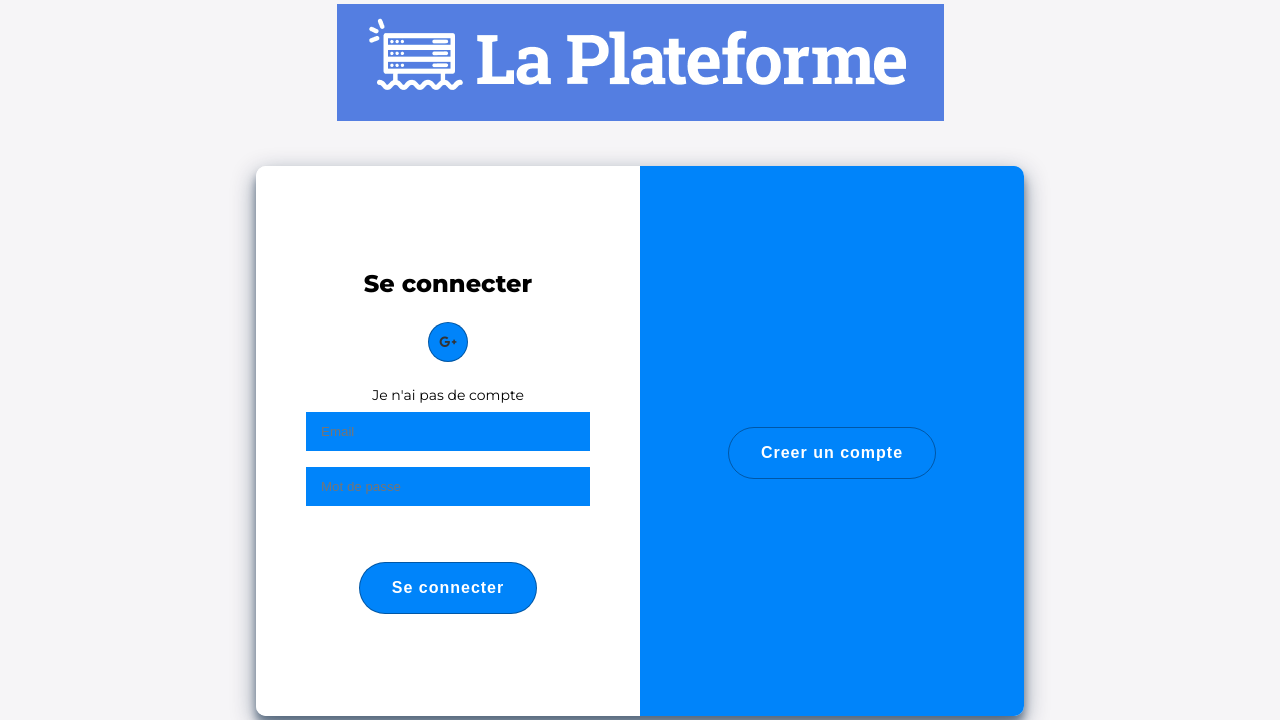
Repository: karim-sebih/runtrackJs
Page: bigjob/index.html
The author's editor kept a copy of each file at every save. The page is drawn from the files as they stood at one save, then again after a run of saves.
The browser window is 1280 px wide. The pictures show the whole page.
Some web libraries are served in a nearby version.

Above is the page before, as saved 2025-03-21 08:52:34.

### bigjob/index.html
<!DOCTYPE html>
<html lang="fr">

<head>
	<meta charset="utf-8" />
	<title>formulaire</title>
	<link rel="stylesheet" href="./Css/index.css" />
	<link rel="stylesheet" href="https://cdnjs.cloudflare.com/ajax/libs/font-awesome/5.14.0/css/all.min.css" />
</head>

<body>
    <div class="logo" >

        <img src="/asset/logo-laplateforme-2024.png" alt="logo laplateforme">
    </div>
	<div class="container" id="container">
		<div class="form-container sign-up-container">
			<form action="#">
				<h1>Creer un compte</h1>
				<div class="social-container">

					<a href="#"><i class="fab fa-google-plus-g"></i></a>

				</div>
				<span>Utiliser compte gmail</span>
				<input type="text" placeholder="Nom">
				<input type="email" placeholder="Email">
				<input type="password" placeholder="Mot de passe">
                <input type="password" placeholder="Vérifié le mot de passe">
				<button>Creer le compte</button>
			</form>
		</div>
		<div class="form-container login-container">
			<form action="#">
				<h1>Se connecter</h1>
				<div class="social-container">

					<a href="#"><i class="fab fa-google-plus-g"></i></a>

				</div>
				<span>Je n'ai pas de compte</span>
				<input type="email" placeholder="Email">
				<input type="password" placeholder="Mot de passe">
				<a href=""></a> <button>Se connecter</button>
			</form>
		</div>

		<div class="overlay-container">
			<div class="overlay">
				<div class="overlay-panel overlay-left">

					<button class="ghost" id="login">Se connecter</button>
				</div>
				<div class="overlay-panel overlay-right">
					<button class="ghost" id="signUp">Creer un compte</button>
				</div>
			</div>
		</div>
	</div>

	<script src="/js/script.js" charset="utf-8"></script>
</body>

</html>

### bigjob/css/index.css
@import url('https://fonts.googleapis.com/css?family=Montserrat:400,800');

* {
	box-sizing: border-box;
	margin: 0;
	padding: 0;
}

body {
	background: #f6f5f7;
	display: flex;
	justify-content: center;
	align-items: center;
	flex-direction: column;
	font-family: 'Montserrat', sans-serif;
	height: 100vh;
}

.logo {
    display: flex;
    align-content: center;
    justify-content: center;
    margin-bottom:45px ;
}


.container{
	position: relative;
	overflow: hidden;
	min-height: 550px;
	width: 768px;
	max-width: 100%;
	background-color: #fff;
	border-radius: 10px;
	box-shadow: 0 8px 24px  rgba(0, 32, 63, .45),
		  0 8px 8px rgba(0, 32, 63, .45);
}

.form-container {
	position: absolute;
	top: 0;
	height: 100%;
	transition: .6s ease-in-out;
}

.sign-up-container {
	left: 0;
	width: 50%;
	opacity: 0;
	z-index: 1;
}

.container.panel-active .sign-up-container {
	transform: translateX(100%);
	opacity: 1;
	z-index: 5;
	animation: show .6s
}

@keyframes show {
	0%, 49.99% {
		opacity: 0;
		z-index: 1;
	}

	50%, 100% {
		opacity: 1;
		z-index: 5;
	}
}

.container.panel-active .login-container {
	transform: translateX(100%);
}

.login-container {
	left: 0;
	width: 50%;
	z-index: 2;
}

form {
	background-color: #fff;
	display: flex;
	align-items: center;
	justify-content: center;
	flex-direction: column;
	padding: 0 50px;
	height: 100%;
	text-align: center;
}

input {
	background-color: #0084FA;
    color: #fff;
	border: none;
	padding: 12px 15px;
	margin: 8px 0;
	width: 100%;
}

button.ghost {
	background-color: transparent;
}

button {
	background-color: #0084FA;
	color: #fff;
	border: 1px solid #0084FA;
	font-size: 16px;
	font-weight: bold;
	padding: 16px 32px;
	margin-top: 24px;
	letter-spacing: 1px;
	border-radius: 50px;
	border-color: rgba(0, 32, 63, .45);
	transition: .2s ease-in;
}

button:hover {
	cursor: pointer;
	background-color: #fff;
	color: #0084FA;
}

button:active {
	transform: scale(.95);
}

.social-container {
	margin: 24px 0;
}

.social-container a {
	display: inline-flex;
	justify-content: center;
	align-items: center;
	margin: 0 4px;
	height: 40px;
	width: 40px;
	border-radius: 50%;
	background-color: #0084FA;
	border: 1px solid rgba(0, 32, 63, .45);
}

h1 {
	margin: 0;
	font-size: 24px;
}

span {
	font-size: 14px;
}

a {
	text-decoration: none;
	font-size: 14px;
	margin: 8px 0 16px;
	color: #333;
}

.overlay-container {
	position: absolute;
	top: 0;
	left: 50%;
	width: 50%;
	height: 100%;
	overflow: hidden;
	z-index: 100;
	transition: transform .6s ease-in-out;
}

.container.panel-active .overlay-container {
	transform: translateX(-100%);
}

.overlay {
	background: linear-gradient(to right, #0084FA, #e7f0fd);
	background: #0084FA;
	color: #00203f;
	position: relative;
	left: -100%;
	height: 100%;
	width: 200%;
	transform: translateX(0);
	transition: transform .6s ease-in-out;
}

.container.panel-active .overlay {
	transform: translateX(50%);
}

.overlay-panel {
	position: absolute;
	display: flex;
	align-items: center;
	justify-content: center;
	flex-direction: column;
	padding: 0 40px;
	text-align: center;
	top: 0;
	height: 100%;
	width: 50%;
	transform: translateX(0);
	transition: transform .6s ease-in-out;
}

.overlay-left {
	transform: translateX(-20%);
}

.container.panel-active .overlay-left {
	transform: translateX(0);
}

.overlay-right {
	right: 0;
	transform: translateX(0);
}

.container.panel-active .overlay-right {
	transform: translateX(20%);
}

p {
	font-size: 14px;
	font-weight: 100;
	line-height: 20px;
	letter-spacing: .5px;
	margin: 20px 0 30px;
}

### bigjob/js/script.js
const container = document.getElementById('container');
const loginButton = document.getElementById('login');
const signUpButton = document.getElementById('signUp');

signUpButton.addEventListener('click', () => {
	container.classList.add('panel-active');
})

loginButton.addEventListener('click', () => {
	container.classList.remove('panel-active');
})

document.addEventListener('DOMContentLoaded', function () {
    const signUpForm = document.querySelector('.sign-up-container form');
    const loginForm = document.querySelector('.login-container form');

    function showError(input, message) {
        let errorSpan = input.nextElementSibling;
        if (!errorSpan || !errorSpan.classList.contains('error-message')) {
            errorSpan = document.createElement('span');
            errorSpan.classList.add('error-message');
            input.parentNode.insertBefore(errorSpan, input.nextSibling);
        }
        errorSpan.textContent = message;
        input.classList.add('input-error');
    }

    function clearError(input) {
        let errorSpan = input.nextElementSibling;
        if (errorSpan && errorSpan.classList.contains('error-message')) {
            errorSpan.remove();
        }
        input.classList.remove('input-error');
    }

    function validateEmail(email) {
        return email.endsWith('@laplateforme.io');
    }

    function validatePasswordNotEmpty(password) {
        return password.trim() !== "";
    }

    // Validation pour l'inscription
    signUpForm.addEventListener('submit', function (event) {
        event.preventDefault();
        const emailInput = signUpForm.querySelector('input[type="email"]');
        const passwordInput = signUpForm.querySelector('input[type="password"]');
        const nameInput = signUpForm.querySelector('input[type="text"]');

        let isValid = true;

        if (nameInput.value.trim() === "") {
            showError(nameInput, "Le nom ne peut pas être vide.");
            isValid = false;
        } else {
            clearError(nameInput);
        }

        if (!validateEmail(emailInput.value)) {
            showError(emailInput, "L'email doit être une adresse @laplateforme.io.");
            isValid = false;
        } else {
            clearError(emailInput);
        }

        if (!validatePasswordNotEmpty(passwordInput.value)) {
            showError(passwordInput, "Le mot de passe ne peut pas être vide.");
            isValid = false;
        } else {
            clearError(passwordInput);
        }

        if (isValid) {
            alert("Compte créé avec succès !");
            signUpForm.reset();
        }
    });

    // Validation pour la connexion
    loginForm.addEventListener('submit', function (event) {
        event.preventDefault();
        const emailInput = loginForm.querySelector('input[type="email"]');
        const passwordInput = loginForm.querySelector('input[type="password"]');

        let isValid = true;

        if (!validateEmail(emailInput.value)) {
            showError(emailInput, "L'email doit être une adresse @laplateforme.io.");
            isValid = false;
        } else {
            clearError(emailInput);
        }

        if (!validatePasswordNotEmpty(passwordInput.value)) {
            showError(passwordInput, "Le mot de passe ne peut pas être vide.");
            isValid = false;
        } else {
            clearError(passwordInput);
        }


    });
});

After the next 2 saves:
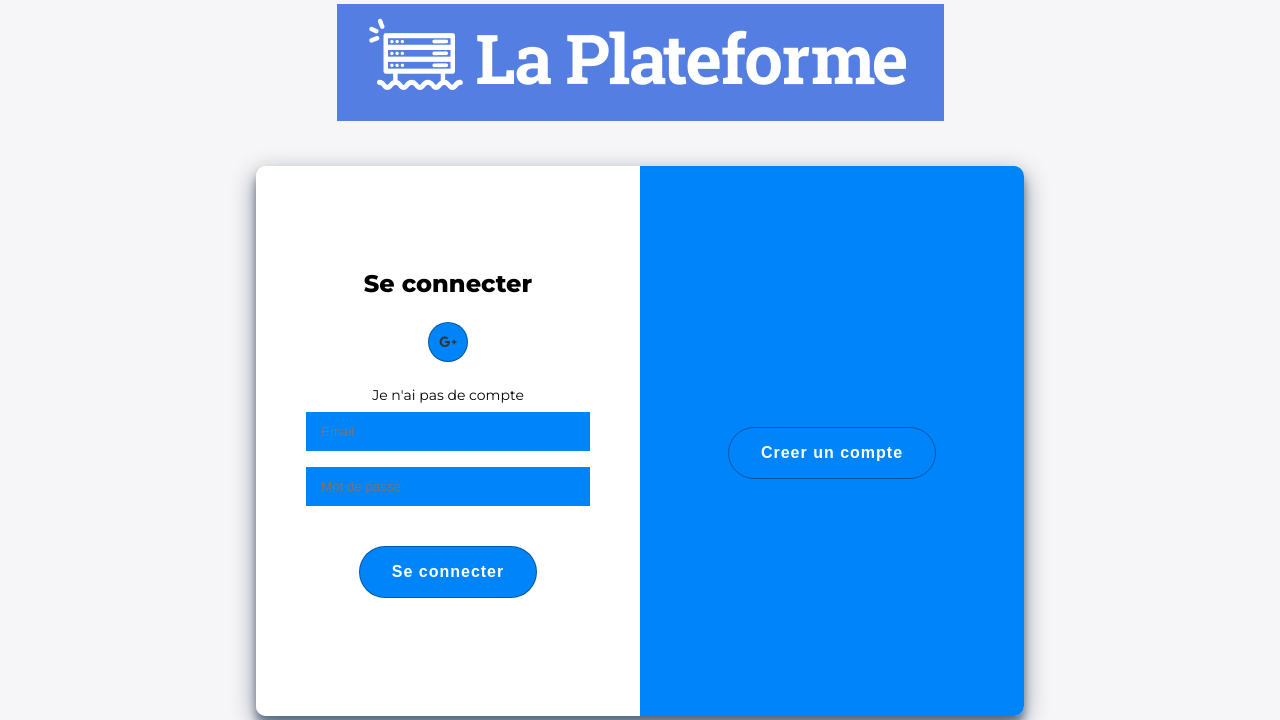
The 2 saves are shown as one change because they came seconds apart.
The last was saved 5 s later.
--- a/bigjob/index.html
+++ b/bigjob/index.html
@@ -41,7 +41,7 @@
 				<span>Je n'ai pas de compte</span>
 				<input type="email" placeholder="Email">
 				<input type="password" placeholder="Mot de passe">
-				<a href=""></a> <button>Se connecter</button>
+				<a href=""> <button>Se connecter</button></a>
 			</form>
 		</div>
 
